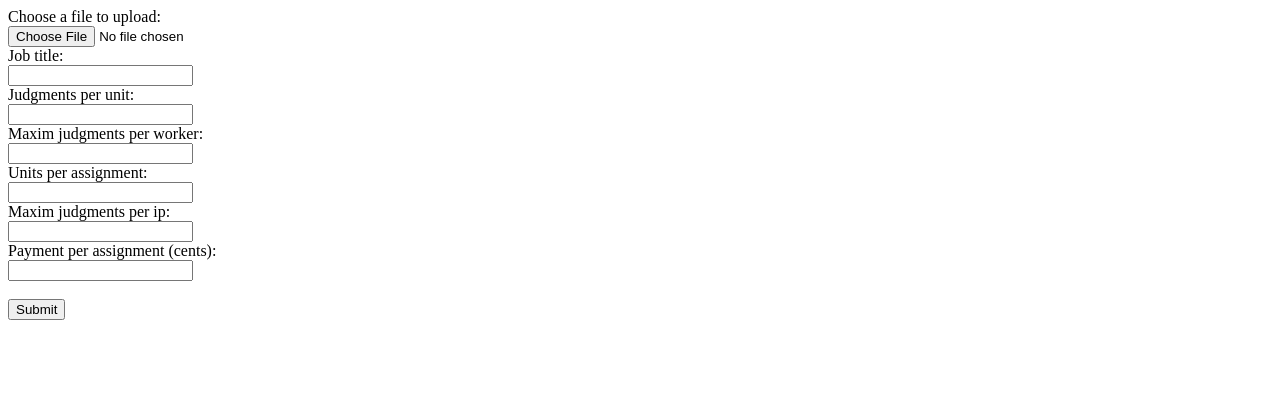
Repository: laroyo/watsonc
Page: http://localhost/oana/index.php
The author's editor kept a copy of each file at every save. The page is drawn from the files as they stood at one save, then again after the next save.
The browser window is 1280 px wide. The pictures show the whole page.
The page is run by PHP 8.4 with error messages shown; the project is at /var/www/html/.

Above is the page before, as saved 2013-03-05 16:24:15.

### GUI/stift7/hui/oana/index.php
<html>
<head>
<title> Create a CrowdFlower job </title>
</head>
<body>
<form enctype="multipart/form-data" action="/oana/indexcrowdflower.php" method="POST">
<div class="borderframe"  >
	<div class="labelfield" title="some title">Choose a file to upload:</div>
	<div class="inputfield"><input name="uploadedfile" type="file"  /></div>
	<div class="labelfield">Job title:</div>
	<div class="inputfield"><input type="text" name="title" /></div>
	<div class="labelfield">Judgments per unit:</div>
	<div class="inputfield"><input type="text" name="judgments_per_unit" /></div>
	<div class="labelfield">Maxim judgments per worker:</div>
	<div class="inputfield"><input type="text" name="max_judgments_per_worker" /></div>
	<div class="labelfield">Units per assignment:</div>
	<div class="inputfield"><input type="text" name="units_per_assignment" /></div>
	<div class="labelfield">Maxim judgments per ip:</div>
	<div class="inputfield"><input type="text" name="max_judgments_per_ip" /></div>
	<div class="labelfield">Payment per assignment (cents):</div>
	<div class="inputfield"><input type="text" name="payment" /></div>
	<div class="labelfield">&nbsp;</div>
	<div class="inputfield"><input type="submit" value="Submit" /></div>
	</div>
</form>
</body>
</html>

After the next save:
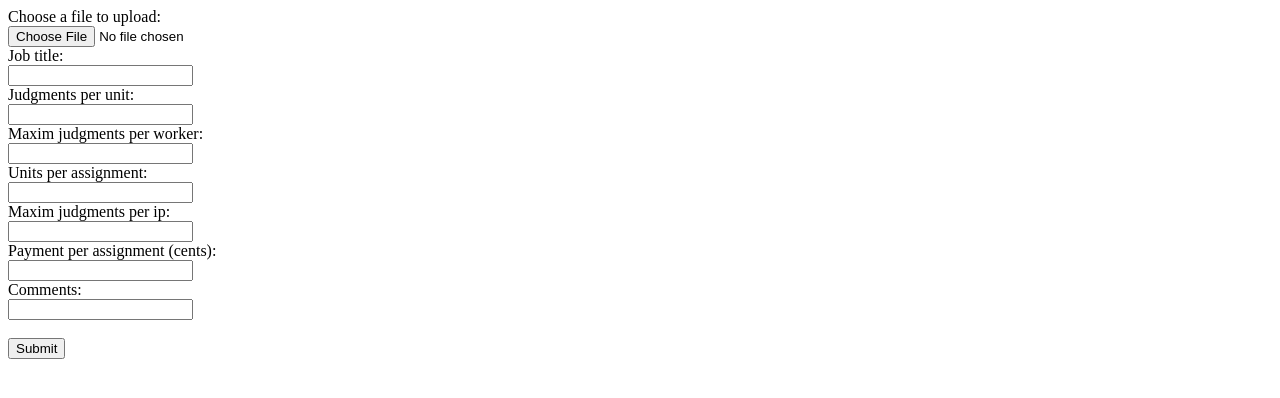
Saved 16 h 39 min later.
--- a/GUI/stift7/hui/oana/index.php
+++ b/GUI/stift7/hui/oana/index.php
@@ -5,7 +5,7 @@
 <body>
 <form enctype="multipart/form-data" action="/oana/indexcrowdflower.php" method="POST">
 <div class="borderframe"  >
-	<div class="labelfield" title="some title">Choose a file to upload:</div>
+	<div class="labelfield">Choose a file to upload:</div>
 	<div class="inputfield"><input name="uploadedfile" type="file"  /></div>
 	<div class="labelfield">Job title:</div>
 	<div class="inputfield"><input type="text" name="title" /></div>
@@ -19,6 +19,8 @@
 	<div class="inputfield"><input type="text" name="max_judgments_per_ip" /></div>
 	<div class="labelfield">Payment per assignment (cents):</div>
 	<div class="inputfield"><input type="text" name="payment" /></div>
+	<div class="labelfield" t>Comments:</div>
+	<div class="inputfield"><input type="text" name="payment" /></div>
 	<div class="labelfield">&nbsp;</div>
 	<div class="inputfield"><input type="submit" value="Submit" /></div>
 	</div>
